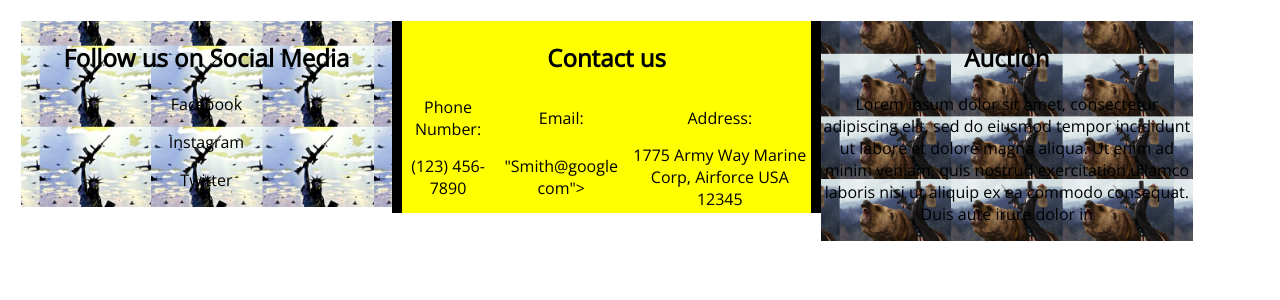
Repository: 3EyEdRav3n/10-2020-cohort-course
Page: week-1/Week-1 Assignment/index.html
An editor plug-in stored every save of this project. The page is shown before and after the next save, followed by the edit.
The browser window is 1280 px wide. The pictures show the whole page.

Above is the page before, as saved 2020-11-01 21:41:29.

### week-1/Week-1 Assignment/index.html
<!DOCTYPE html>
<html lang="en">
  <head>
    <meta charset="UTF-8" />
    <meta name="viewport" content="width=device-width, initial-scale=1.0" />
    <link rel="stylesheet" href="./styles.css" />
    <link
      href="https://fonts.googleapis.com/css2?family=Open+Sans&display=swap"
      rel="stylesheet"
    />
    <link
      href="https://fonts.googleapis.com/css2?family=Open+Sans&family=Roboto+Slab:wght@500&display=swap"
      rel="stylesheet"
    />

    <title>VetTech</title>
  </head>
  <body>
    <div class="container">
      <div class="left-col">
        <h2>Follow us on Social Media</h2>
        <p>Facebook</p>
        <p>Instagram</p>
        <p>Twitter</p>
      </div>

      <div class="center-col">
        <h2>Contact us</h2>
        <table class="contact">
          <thead>
            <tr>
              <td>Phone Number:</td>
              <td>Email:</td>
              <td>Address:</td>
            </tr>
          </thead>
          <tbody>
            <tr>
              <td>(123) 456-7890</td>
              <td>"Smith@google com"></td>
              <td>1775 Army Way Marine Corp, Airforce USA 12345</td>
            </tr>
          </tbody>
        </table>
      </div>
      <div class="right-col">
        <h2>Auction</h2>
        <p>
          Lorem ipsum dolor sit amet, consectetur adipiscing elit, sed do
          eiusmod tempor incididunt ut labore et dolore magna aliqua. Ut enim ad
          minim veniam, quis nostrud exercitation ullamco laboris nisi ut
          aliquip ex ea commodo consequat. Duis aute irure dolor in
        </p>
      </div>
    </div>
  </body>
</html>

### week-1/Week-1 Assignment/styles.css

.container{
        font-family: 'Open Sans', sans-serif;
        min-height:500px;
        padding: 1%;
        box-sizing: border-box;
}
.left-col{
        background-image: url("/images/liberty.jpg");
        background-position: bottom center;
        background-size: 30%;
        background-color: #cccccc;
        text-align: center;
        width: 30%;
        float: left;
}
.center-col{
        background-color: yellow;
        border-left: 10px solid;
        border-right: 10px solid;
        text-align: center;
        width: 33%;
        float: left;
}
.right-col{
        background-image: url("/images/lincoln.jpg");
        background-position: bottom center;
        background-size: 30%;
        background-color: #cccccc;
        text-align: center;
        float: left;
        width: 30%;

}



h1 {
        font-family: 'Open Sans', sans-serif;
}

After the next save:
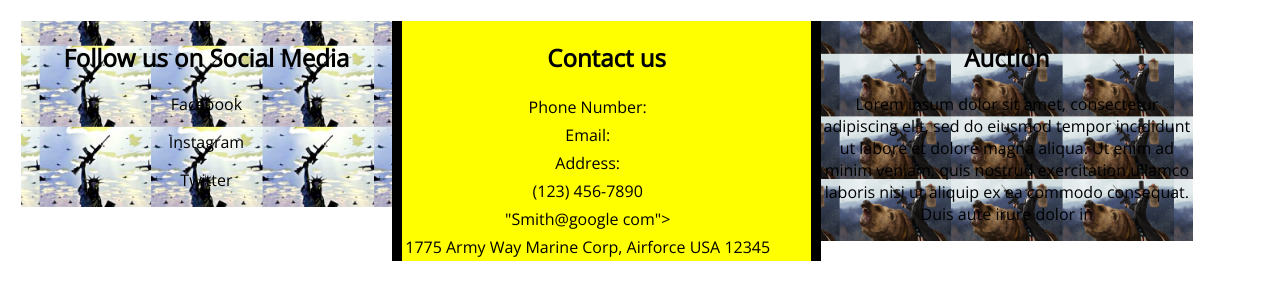
Saved 47 s later.
--- a/week-1/Week-1 Assignment/index.html
+++ b/week-1/Week-1 Assignment/index.html
@@ -30,14 +30,19 @@
           <thead>
             <tr>
               <td>Phone Number:</td>
+              <tr></tr>
               <td>Email:</td>
+              <tr></tr>
               <td>Address:</td>
+              <tr></tr>
             </tr>
           </thead>
           <tbody>
             <tr>
               <td>(123) 456-7890</td>
+              <tr></tr>
               <td>"Smith@google com"></td>
+              <tr></tr>
               <td>1775 Army Way Marine Corp, Airforce USA 12345</td>
             </tr>
           </tbody>
